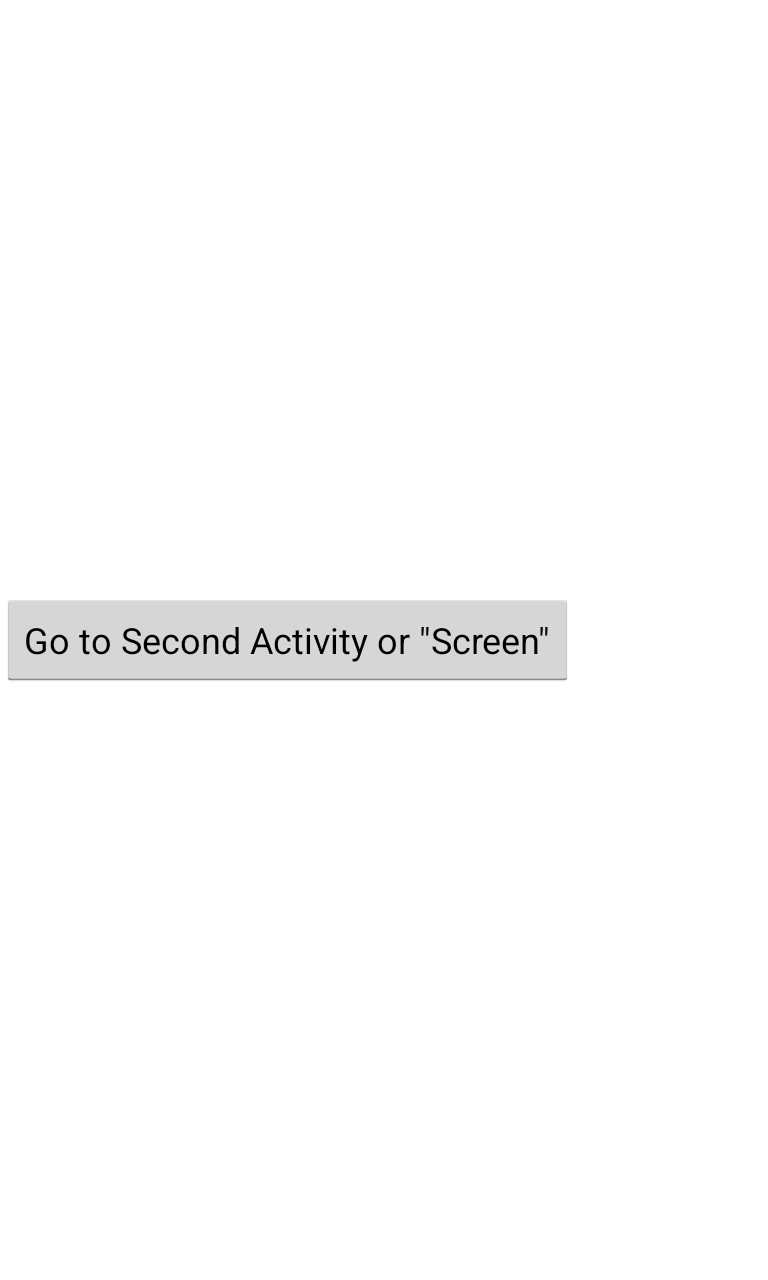
Repository: fsoDannis/workspace
Layout: LyndaTutorials/res/layout/activity_main.xml
These files come from the project's save history. The layout is drawn as it stood at one moment and after the next save; the edit follows.
It is drawn on a 768 x 1280 px phone screen (xhdpi) without system bars, with theme AppTheme; the app's code is not run. The app's manifest (not shown) leaves right-to-left support off. So textAlignment, textDirection and layoutDirection are ignored, and left and right values win over start and end ones.

Above is the layout before, as saved 2013-01-31 13:25:21.

### LyndaTutorials/res/layout/activity_main.xml
<LinearLayout xmlns:android="http://schemas.android.com/apk/res/android"
    xmlns:tools="http://schemas.android.com/tools"
    android:layout_width="match_parent"
    android:layout_height="match_parent"
    tools:context=".Main" >

    <Button
        android:id="@+id/button1"
        android:layout_width="wrap_content"
        android:layout_height="wrap_content"
        android:text="Go to Second Activity or &quot;Screen&quot;"
        android:textAlignment="center"
        android:layout_gravity="center"/>


</LinearLayout>

Loaded but not shown: LyndaTutorials/res/values/styles.xml (common file); LyndaTutorials/res/values-v11/styles.xml (common file); LyndaTutorials/res/values-v14/styles.xml (common file)

After the next save:
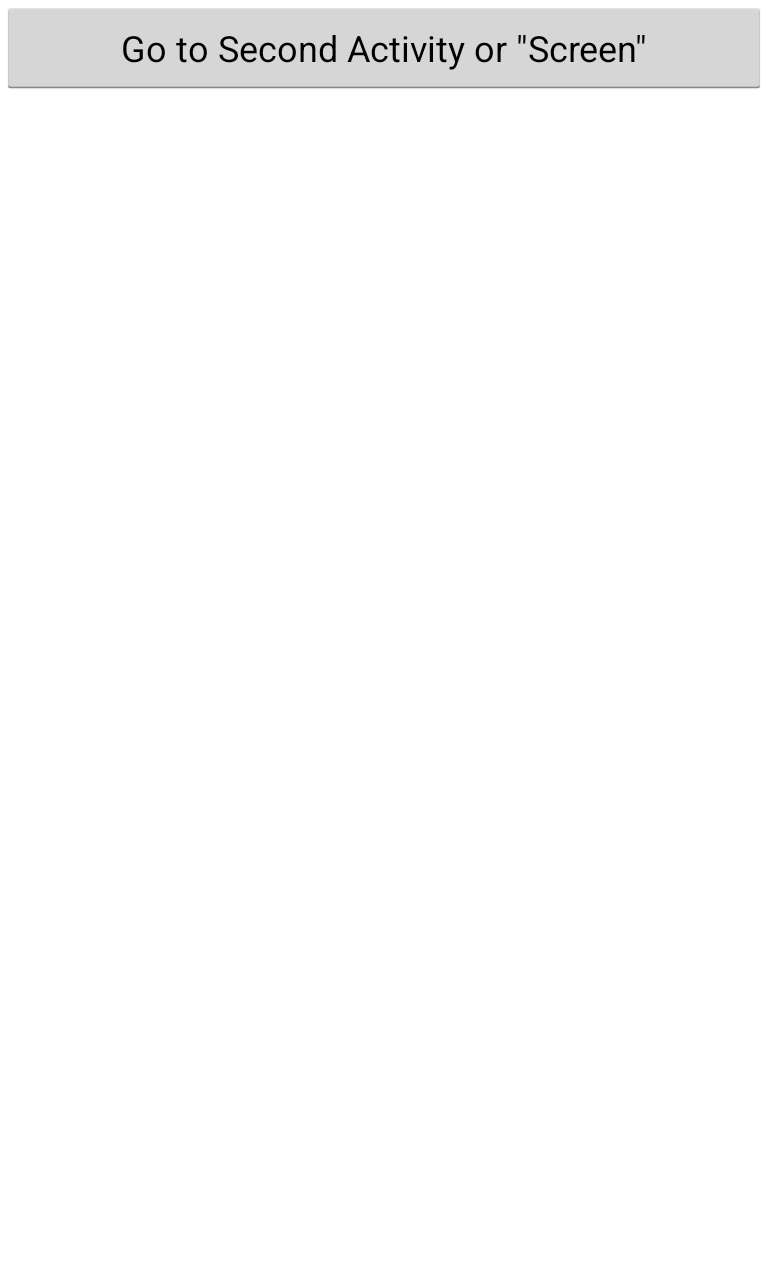
Saved 20 s later.
--- a/LyndaTutorials/res/layout/activity_main.xml
+++ b/LyndaTutorials/res/layout/activity_main.xml
@@ -6,11 +6,9 @@
 
     <Button
         android:id="@+id/button1"
-        android:layout_width="wrap_content"
+        android:layout_width="fill_parent"
         android:layout_height="wrap_content"
         android:text="Go to Second Activity or &quot;Screen&quot;"
-        android:textAlignment="center"
-        android:layout_gravity="center"/>
-
+        android:textAlignment="center" />
 
 </LinearLayout>
